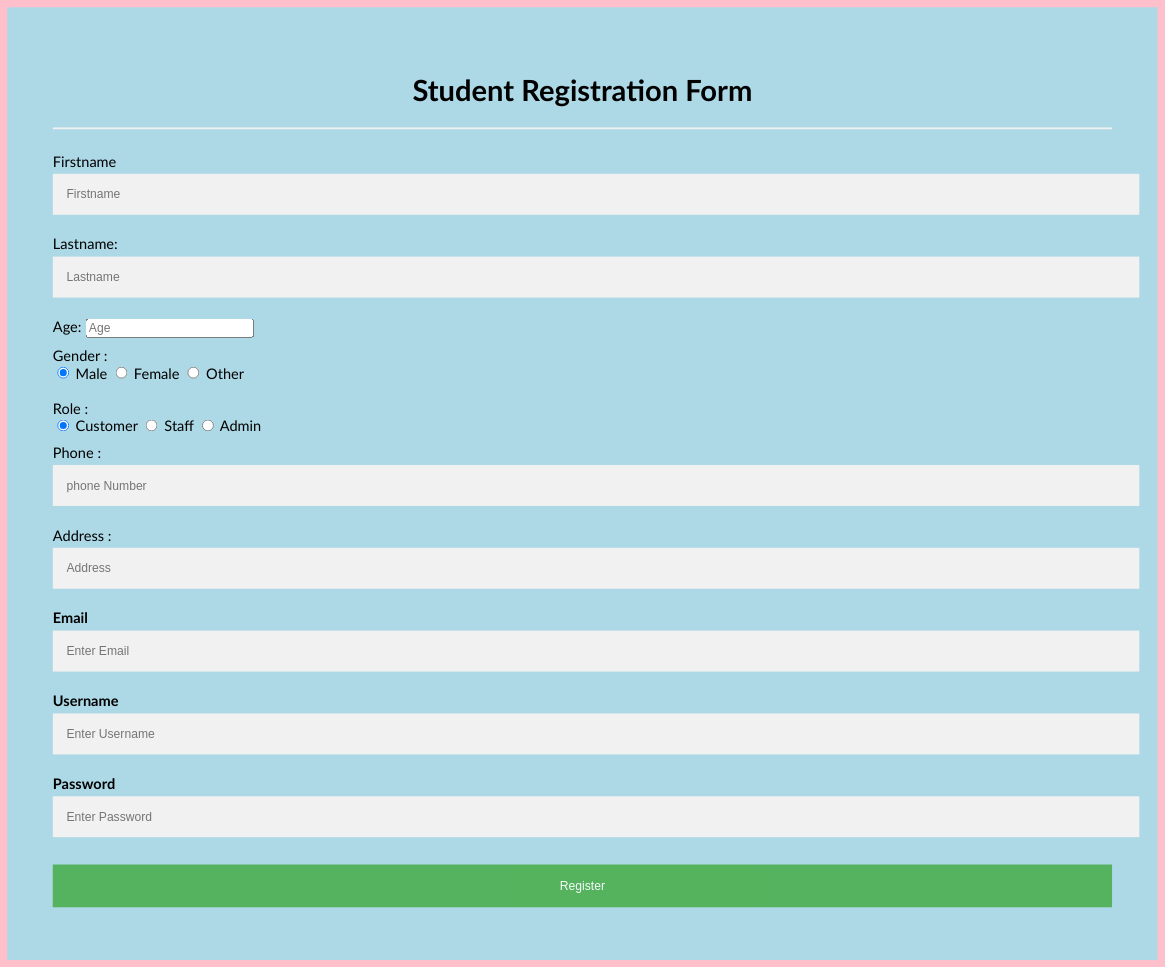
Repository: shivambhat45/Tour-Booking
Page: http://localhost/register
The author's editor kept a copy of each file at every save. The page is drawn from the files as they stood at one save, then again after the next save.
The browser window is 1280 px wide. The pictures show the whole page, at 91% of full size.
The page is this project's Thymeleaf template; nobody is signed in. The template is opened directly, without the code that normally fills it, so the values that code supplies are empty.

Above is the page before, as saved 2022-10-29 21:33:56.

### frontend-ui/src/main/resources/templates/register.html
<!DOCTYPE html>
<html>
<head>
<meta name="viewport" content="width=device-width, initial-scale=1">
<style>
body{
  font-family: Calibri, Helvetica, sans-serif;
  background-color: pink;
}
.container {
    padding: 50px;
  background-color: lightblue;
}

input[type=text], input[type=password], textarea {
  width: 100%;
  padding: 15px;
  margin: 5px 0 22px 0;
  display: inline-block;
  border: none;
  background: #f1f1f1;
}
input[type=text]:focus, input[type=password]:focus {
  background-color: orange;
  outline: none;
}
 div {
            padding: 10px 0;
         }
hr {
  border: 1px solid #f1f1f1;
  margin-bottom: 25px;
}
.registerbtn {
  background-color: #4CAF50;
  color: white;
  padding: 16px 20px;
  margin: 8px 0;
  border: none;
  cursor: pointer;
  width: 100%;
  opacity: 0.9;
}
.registerbtn:hover {
  opacity: 1;
}
</style>
</head>
<body>
<form action="register" method="POST">
  <div class="container">
  <center>  <h1> Student Registration Form</h1> </center>
  <hr>
  <label>Firstname </label>
<input type="text" name="firstName" placeholder= "Firstname" size="15" required />
<label> Lastname: </label>
<input type="text" name="lastName" placeholder="Lastname" size="15"required />
<label> Age: </label>
<input type="number" name="age" placeholder="Age" size="15"required />
<div>
<label>
Gender :
</label><br>
<input type="radio" value="Male" name="gender" checked > Male
<input type="radio" value="Female" name="gender"> Female
<input type="radio" value="Other" name="gender"> Other

</div>
<div>
<label>
Role :
</label><br>
<input type="radio" value="CUSTOMER" name="role" checked > Customer
<input type="radio" value="STAFF" name="role"> Staff
<input type="radio" value="ADMIN" name="role"> Admin

</div>
<label>
Phone :
</label>
<input type="text" name="phoneNo" placeholder="phone Number" size="10"/ required>
Address :
<input type="text" name="address" placeholder="Address" size="20"/ required>
</textarea>
 <label for="email"><b>Email</b></label>
 <input type="text" placeholder="Enter Email" name="email" required>
 <label for="username"><b>Username</b></label>
 <input type="text" placeholder="Enter Username" name="username" required>

    <label for="psw"><b>Password</b></label>
    <input type="password" placeholder="Enter Password" name="password" required>
    <button type="submit" class="registerbtn">Register</button>
</form>
</body>
</html>

After the next save:
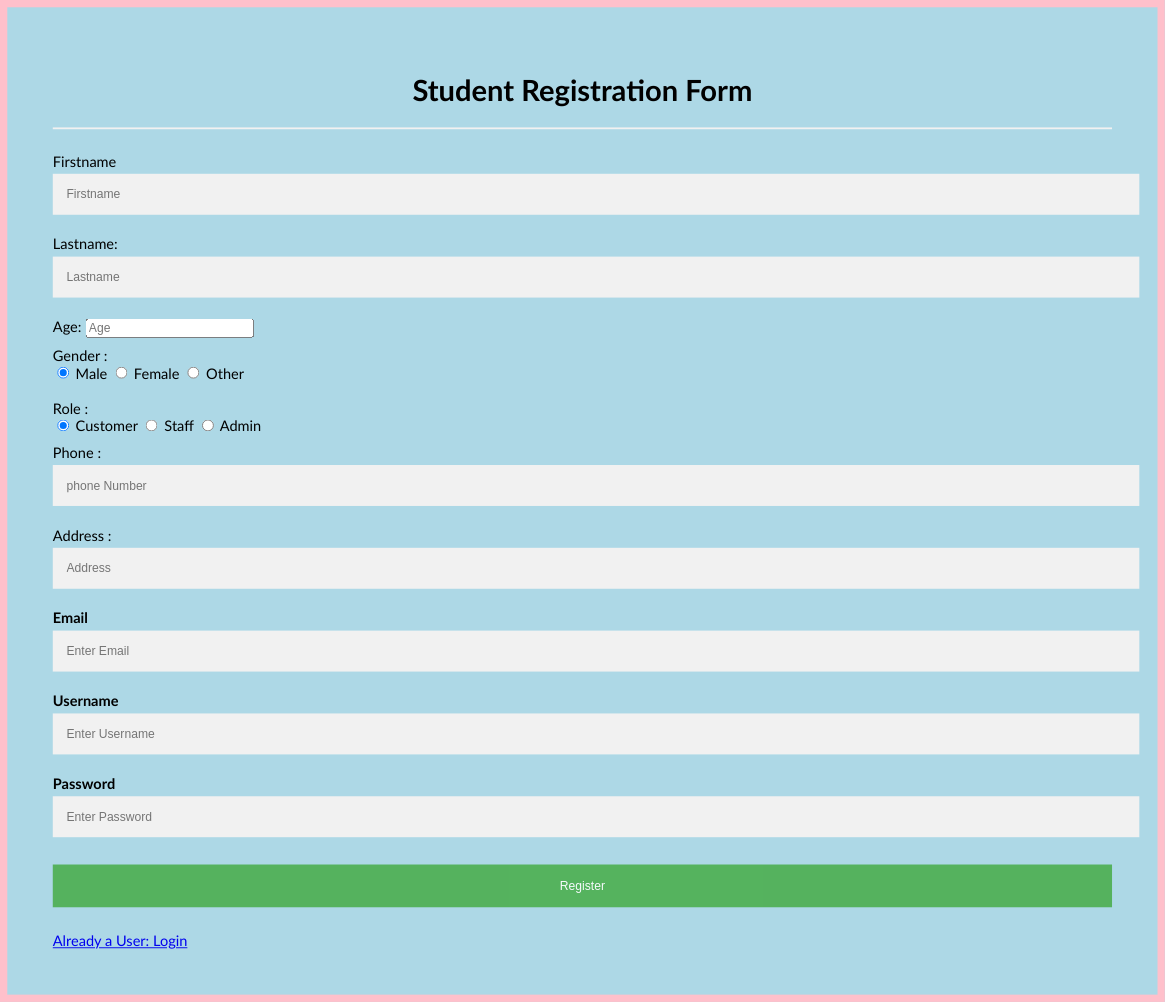
Saved 105 s later.
--- a/frontend-ui/src/main/resources/templates/register.html
+++ b/frontend-ui/src/main/resources/templates/register.html
@@ -90,6 +90,10 @@ Address :
     <label for="psw"><b>Password</b></label>
     <input type="password" placeholder="Enter Password" name="password" required>
     <button type="submit" class="registerbtn">Register</button>
+    <br>
+    <br>
+    <a href="login" class="badge badge-info">Already a User: Login</a>
+
 </form>
 </body>
 </html>
